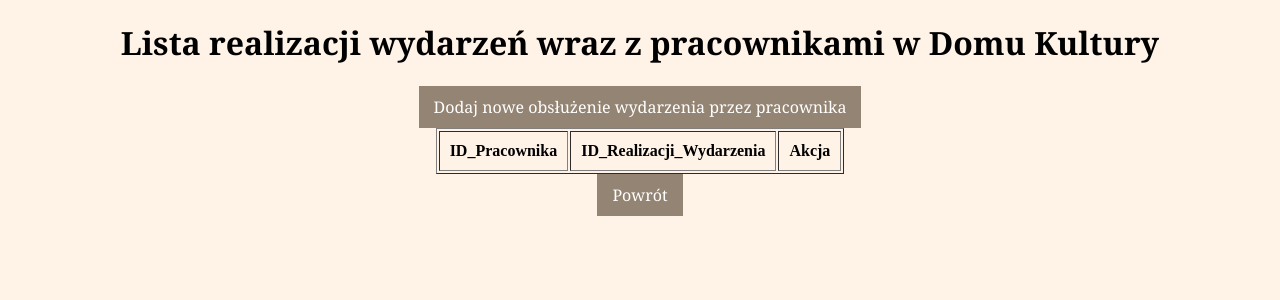
Repository: marcinRuta/houseOfCulture-crud-webapp-database
Page: http://localhost/obslugiwanie_wydarzenia
These files come from the project's save history. The page is drawn as it stood at one moment and after the next save; the edit follows.
The browser window is 1280 px wide. The pictures show the whole page.
The page is this project's Thymeleaf template; nobody is signed in. The template is opened directly, without the code that normally fills it, so the values that code supplies are empty.

Above is the page before, as saved 2021-01-11 11:16:45.

After the next save:
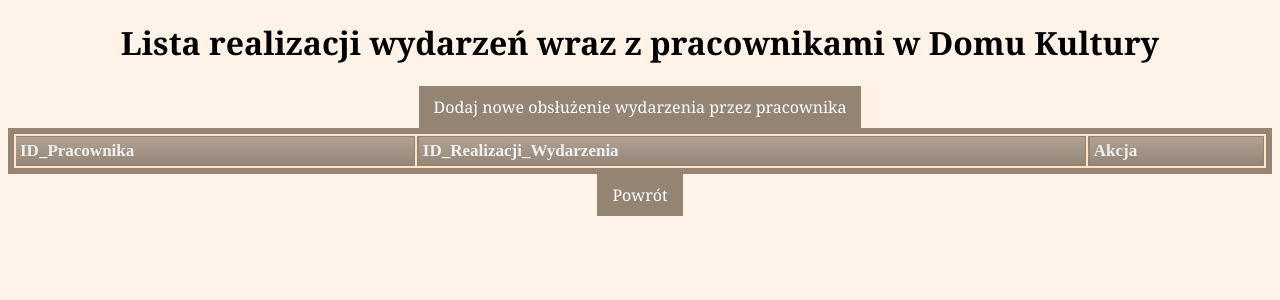
Saved 30 s later.
--- a/DomKultury/src/main/resources/templates/obslugiwanie_wydarzenia.html
+++ b/DomKultury/src/main/resources/templates/obslugiwanie_wydarzenia.html
@@ -12,12 +12,13 @@
 		<!--  Page header  -->
 		<h1>Lista realizacji wydarzeń wraz z pracownikami w Domu Kultury</h1>
 
-		<!-- Table -->
-		<table border="1" cellpadding="10">
-
 			<!-- Entry to a new page -->
 			<a href="/newOW">Dodaj nowe obsłużenie wydarzenia przez
 				pracownika</a>
+
+		<!-- Table -->
+		<table class="cinereousTable">
+
 
 			<!-- Table header -->
 			<thead>
